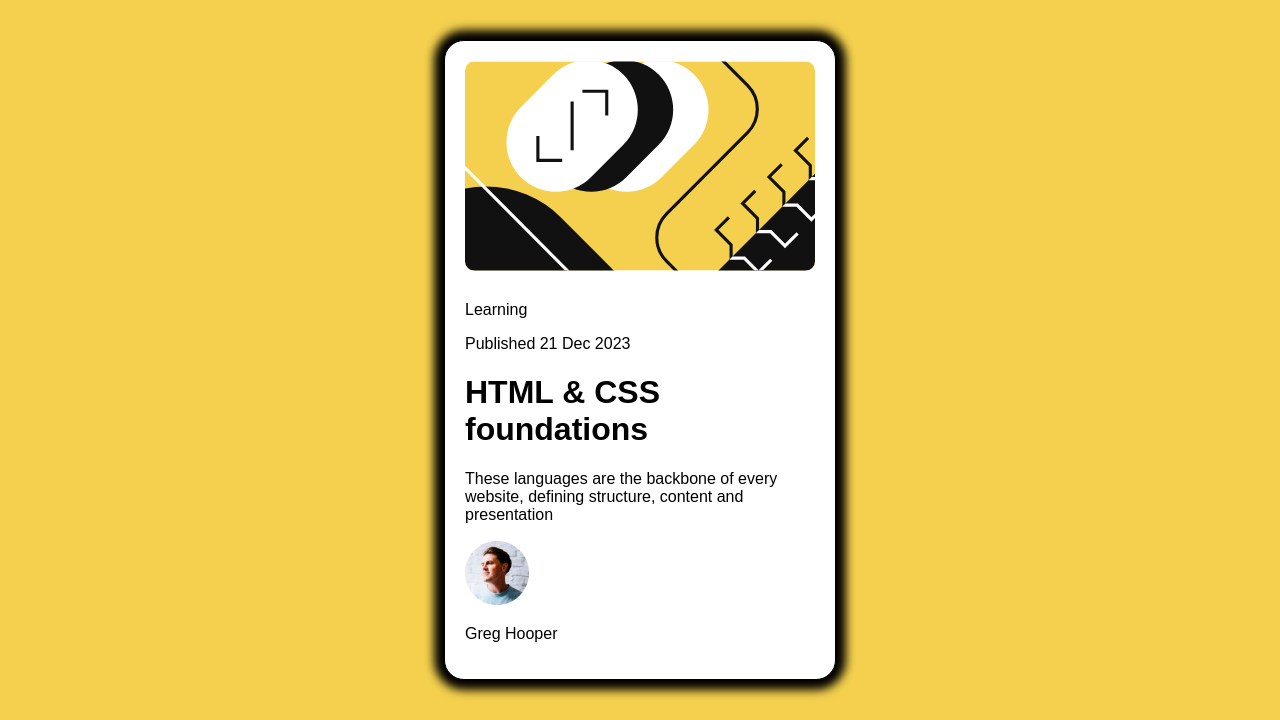
Repository: brandontaylor1/blogpreviewcard
Page: index.html
The author's editor kept a copy of each file at every save. The page is drawn from the files as they stood at one save, then again after the next save.
The browser window is 1280 px wide. The pictures show the whole page.

Above is the page before, as saved 2024-12-25 11:01:46.

### index.html
<!DOCTYPE html>
<html lang="en">
<head>
    <meta charset="UTF-8">
    <meta name="viewport" content="width=device-width, initial-scale=1.0">
    <link rel="stylesheet" href="./index.css">
    <title>HTML & CSS Foundations</title>
</head>
<body>
    <main class="container">
        <div class="img-container">
            <img src="./images/illustration-article.svg" class="heading-img" alt="">
        </div>
        <div class="card-content">
            <p>Learning</p>
            <p>Published 21 Dec 2023</p>
            <h1>HTML & CSS foundations</h1>
            <p>These languages are the backbone of every website, defining structure, content and presentation</p>
        </div>
        <div class="user-footer">
            <img src="./images/image-avatar.webp" alt="person-image">
            <p>Greg Hooper</p>
        </div>
    </main>

    <script src="index.js"></script>
</body>
</html>

### index.css
:root {
    /* COLORS */
    --primary-yellow: hsl(47, 88%, 63%);
    --primary-white: hsl(0, 0%, 100%);
    --primary-gray-reg: hsl(0, 0%, 42%);
    --primary-gray-bold: hsl(0, 0%, 7%);

    --main-font-size: 16px;

    --main-font-family: 'Figtree', sans-serif;
    --main-font-weight-reg: 500;
    --main-font-weight-bold: 800;
}


body {
    box-sizing: border-box;
    margin: 0;
    padding: 0;
    height: 100vh;
    font-family: var(--main-font-family);
    display: flex;
    align-items: center;
    justify-content: center;
    background-color: var(--primary-yellow);
}

.container {
    max-width: 1440px;
    width: 400px;
    margin: 0 auto;
    padding: 0 20px;
    background-color: var(--primary-white);
    width: 350px;
    padding: 20px;
    border-radius: 20px;
    border: 1px solid black;
    box-shadow: 0 0 10px 10px rgba(0, 0, 0, 1);
}

.heading-img {
    width: 100%;
    margin-bottom: 10px;
    border-radius: 10px;
}

Loaded but not shown: index.js (no stored copy; drawn as an empty file)

After the next save:
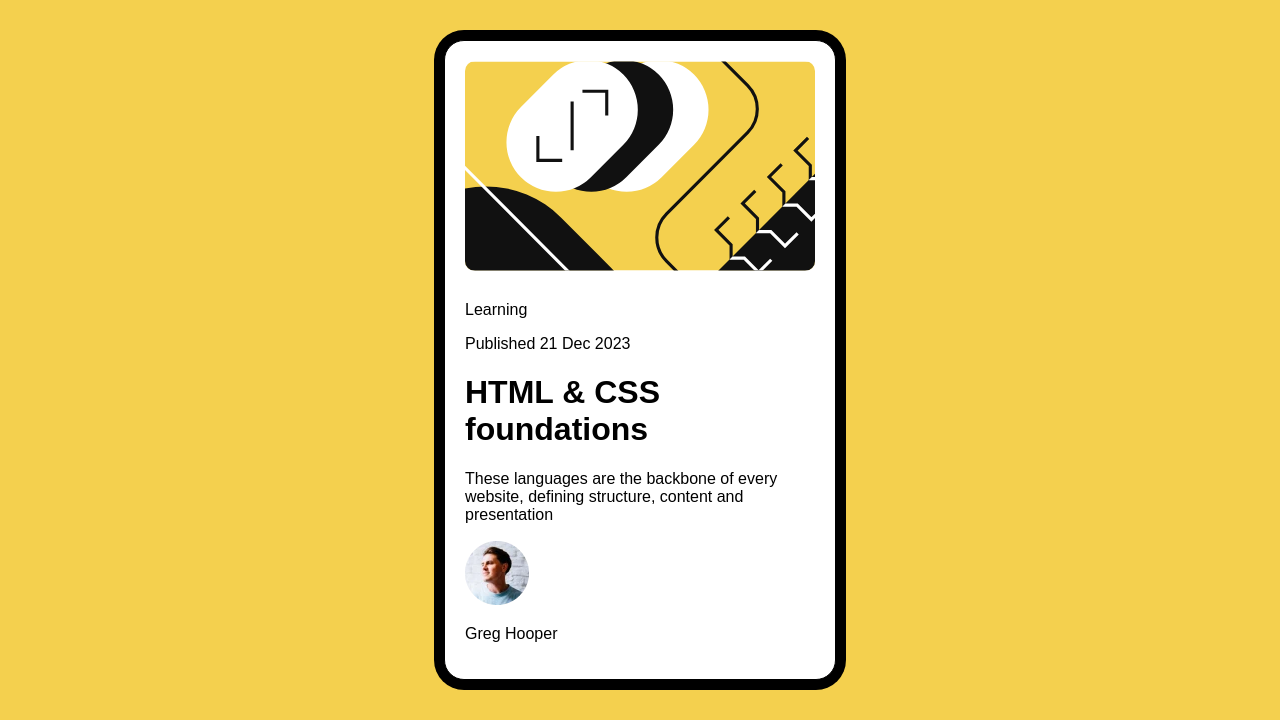
Saved 6 s later.
--- a/index.css
+++ b/index.css
@@ -35,7 +35,7 @@ body {
     padding: 20px;
     border-radius: 20px;
     border: 1px solid black;
-    box-shadow: 0 0 10px 10px rgba(0, 0, 0, 1);
+    box-shadow: 0 0 0px 10px rgba(0, 0, 0, 1);
 }
 
 .heading-img {
